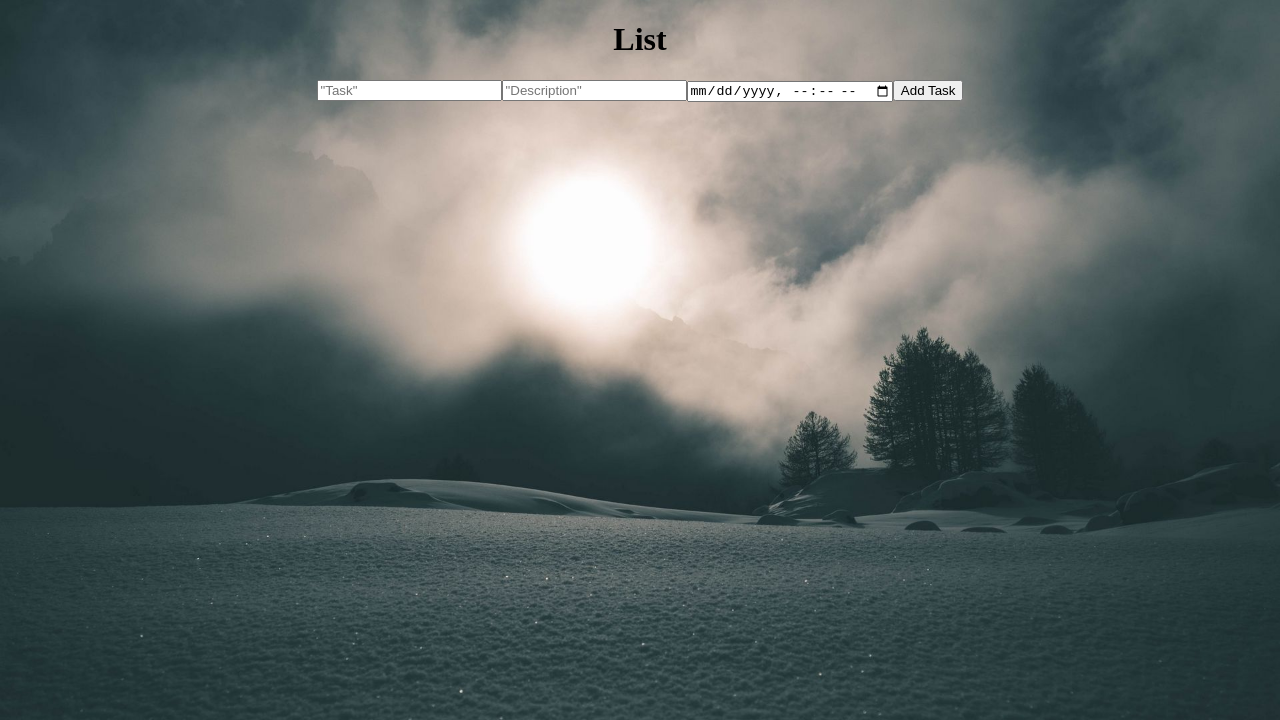
Repository: katjalmarko/React-Developer-Assignment
Page: /
An editor plug-in stored every save of this project. The page is shown before and after a run of saves, followed by the edit.
The browser window is 1280 px wide. The pictures show the whole page.
The project was rebuilt for these pictures with package versions that can differ from the ones it lists, and the page was loaded fresh each time.

Above is the page before, as saved 2023-03-09 15:07:12.

After the next 3 saves:
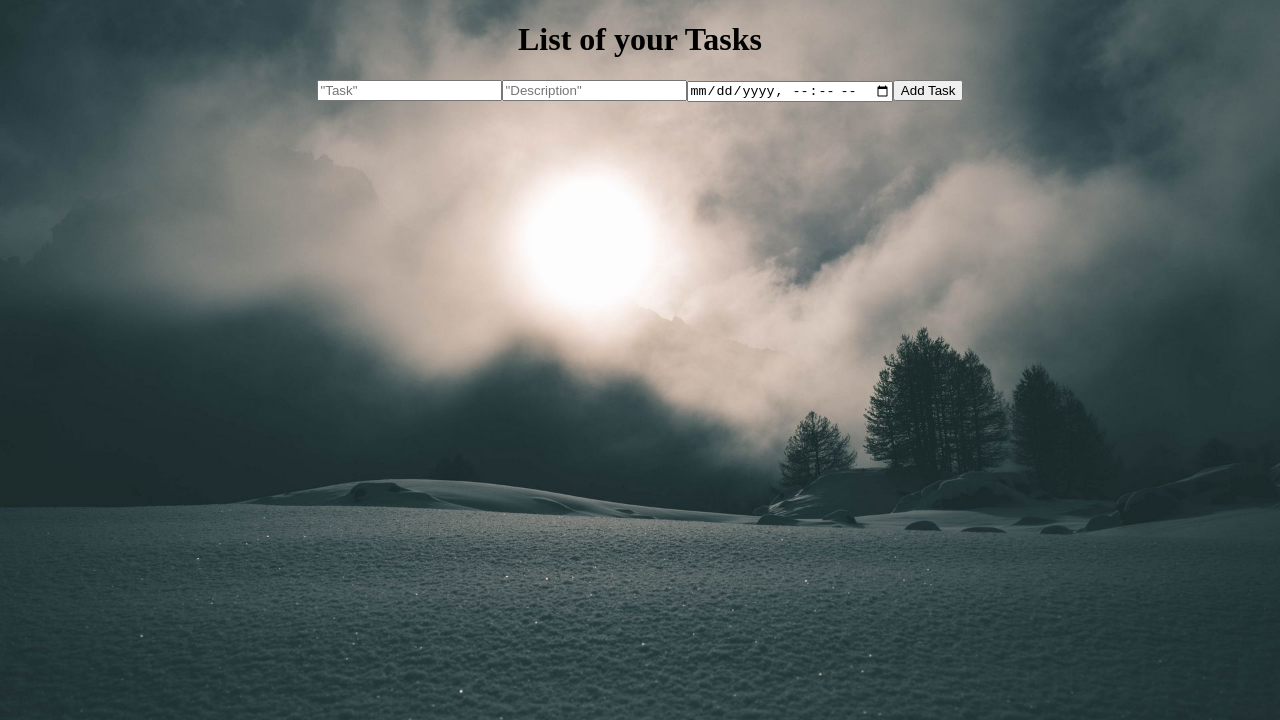
The 3 saves are shown as one change because they came seconds apart.
The last was saved 9 s later.
--- a/src/App.tsx
+++ b/src/App.tsx
@@ -66,7 +66,7 @@ const App = () => {
   return (
     <div className='App'>
 
-      <h1>List</h1>
+      <h1>List of your Tasks</h1>
 
       <form onSubmit={confirmTask}>
       <input type="text"
